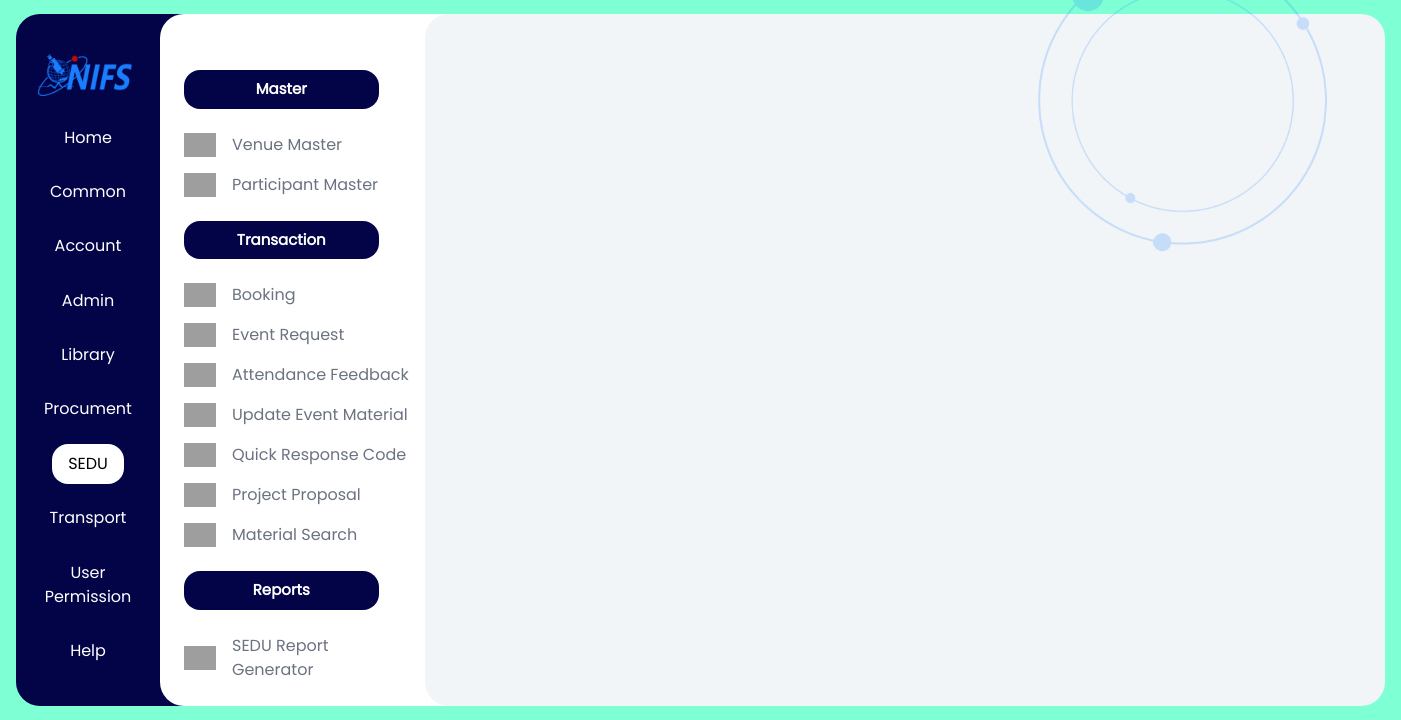
Repository: virangaj/NIFS-WebApp
Page: /sedu (app in client/)
The author's editor kept a copy of each file at every save. The page is drawn from the files as they stood at one save, then again after the next save.
The browser window is 1280 px wide. The page is 1385 px wide, then 1401 px, then 1385 px, so the pictures cover 1401 px, including what lies to the right of the window. The pictures show the whole page.
Pictures or frames that could not be fetched are drawn as grey boxes. The project was rebuilt for these pictures with package versions that can differ from the ones it lists, and the page was loaded fresh each time. Also part of the build but not shown: client/src/pages/Login.tsx, client/src/pages/Home.tsx, client/src/components/Transport/shared/TransportNavbar.js, client/src/pages/TransportMainPage.tsx, client/src/pages/CommonMainPage.tsx, client/src/pages/AccountMainPage.tsx, client/src/pages/AdminMainPage.tsx, client/src/pages/LibraryMainPage.js and 15 more.

Above is the page before, as saved 2022-07-31 00:32:43.

### client/public/index.html
<!DOCTYPE html>
<html lang="en">
	<head>
		<meta charset="utf-8" />
		<link rel="icon" href="nifs_logo.png" />
		<meta name="viewport" content="width=device-width, initial-scale=1" />
		<meta name="theme-color" content="#000000" />
		<meta
			name="description"
			content="Web site created using create-react-app"
		/>
		<link rel="apple-touch-icon" href="%PUBLIC_URL%/logo192.png" />
		<!--
      manifest.json provides metadata used when your web app is installed on a
      user's mobile device or desktop. See https://developers.google.com/web/fundamentals/web-app-manifest/
    -->
		<link rel="manifest" href="%PUBLIC_URL%/manifest.json" />
		<!--
      Notice the use of %PUBLIC_URL% in the tags above.
      It will be replaced with the URL of the `public` folder during the build.
      Only files inside the `public` folder can be referenced from the HTML.

      Unlike "/favicon.ico" or "favicon.ico", "%PUBLIC_URL%/favicon.ico" will
      work correctly both with client-side routing and a non-root public URL.
      Learn how to configure a non-root public URL by running `npm run build`.
    -->
		<link
			href="https://fonts.googleapis.com/css?family=Poppins"
			rel="stylesheet"
		/>
		<title>NIFS Dashboard</title>
	</head>
	<body>
		<noscript>You need to enable JavaScript to run this app.</noscript>
		<div id="root"></div>
		<!--
      This HTML file is a template.
      If you open it directly in the browser, you will see an empty page.

      You can add webfonts, meta tags, or analytics to this file.
      The build step will place the bundled scripts into the <body> tag.

      To begin the development, run `npm start` or `yarn start`.
      To create a production bundle, use `npm run build` or `yarn build`.
    -->
	</body>
</html>

### client/src/index.css
@tailwind base;
@tailwind components;
@tailwind utilities;

* {
  margin: 0;
}

body {
  font-family: 'Poppins';
  -webkit-font-smoothing: antialiased;
  -moz-osx-font-smoothing: grayscale;
  background-color: #dfe7ee;

}

::-webkit-scrollbar {
  display: none;
}


:root {
  --main-navbar-back: #030347;
  --nav-title-section-back: rgba(47, 163, 72, 0.589);
  --white: #fff;
  --black: #000;
  --gray: rgba(68, 68, 68, 0.432);
  --border-radius: 10px;
  --pimary: rgb(10, 94, 133);
  --warning: #ed3d63;
  --secondary-nav-color: rgb(255, 255, 255);
  --body-content-bg: #f2f5f8;
}


.nav-logo {
  width: 100px;
  height: auto;
  margin-bottom: 2vh;
}

a {
  text-decoration: none;
}



/* main navbar */
.main-nav-bg {
  background-color: var(--main-navbar-back) !important;
}

.main-navbar {
  background-color: var(--main-navbar-back) !important;
  width: 100% !important;
  height: 80px !important;

}

/* secondary navbar */

.sec-nav-bg {
  background-color: var(--secondary-nav-color);
}

.secondary-navbar {
  margin: auto;
}

.nav-flex-section {
  display: -webkit-flex;
  display: -ms-flexbox;
  display: flex;
  -webkit-flex-wrap: wrap;
  -ms-flex-wrap: wrap;
  flex-wrap: wrap;
  justify-content: center;
}

.nav-flex-inside {
  margin-left: 5px;
  margin-left: 5px;
}

.nav-title {
  font-size: 15px;
  text-align: center;
  color: var(--white);
  font-weight: 600;

}

.nav-title-section {
  /* border-radius: var(--border-radius);
  background-color: var(--nav-title-section-back);
  box-shadow: rgba(100, 100, 111, 0.2) 0px 7px 29px 0px;
  pointer-events: none;
  margin-left: 10px;
  margin-left: 10px; */
  background-color: var(--main-navbar-back);
}

.nav-icon {
  width: 40px;
}

.nav-link {
  display: flex;
  display: -webkit-flex;
  display: -ms-flexbox;
  flex-direction: column;
  align-items: center;
  font-size: 14px;
  margin-left: 5px;
  margin-right: 5px;
  border: none;
  box-shadow: rgba(100, 100, 111, 0.2) 0px 7px 29px 0px;
  padding: 4px 8px 6px 8px;
  margin-bottom: 10px;
  text-align: center;
  width: 125px;
  border-radius: var(--border-radius);
  background-color: var(--white);
  outline: none;
  min-height: 120px;
}

.nav-link:hover {
  color: var(--pimary);
  cursor: pointer;
  box-shadow: rgba(81, 146, 177, 0.2) 0px 7px 29px 0px;
  background-color: rgb(254, 255, 205);
  border-bottom: 2px solid var(--warning);
}


.nav-link:active {
  color: var(--pimary);
  cursor: pointer;
  box-shadow: rgba(81, 146, 177, 0.2) 0px 7px 29px 0px;
  background-color: rgb(205, 248, 255);
  border-bottom: 2px solid var(--warning);
}

.nav-link-active {
  color: var(--pimary);
  cursor: pointer;
  box-shadow: rgba(81, 146, 177, 0.2) 0px 7px 29px 0px;
  background-color: rgb(205, 248, 255);
  border-bottom: 2px solid var(--warning);
}

/* body content*/
.body-content {
  margin: auto;
  width: 90%;
  margin-top: 12vh;

}

/* main page content */
.main-content {
  width: 90%;
  margin: auto;
  margin-top: 20px;
}

/* sub page content */

.sub-body-content {
  border: 2px solid var(--gray);
  border-radius: var(--border-radius);
  padding: 10px;
}

.sub-body-title {
  font-size: 24px;
}



/* error page */
.error-page {
  border: 2px solid var(--gray);
  border-radius: var(--border-radius);
  height: 50vh;
  width: 50vw;
  margin: auto;
  margin-top: 50px;
}

.error-page-content {
  display: flex;
  flex-direction: column;
  align-items: center;
  text-align: center !important;
  margin-top: 50px;
}

.error-page-content h1 {
  font-size: 100px;
  color: var(--warning);
  font-weight: 700;
  pointer-events: none;

}

.error-page-content p {
  font-size: 20px;
  margin-bottom: 20px;
  pointer-events: none;
}


@media screen and (max-width: 1366px) {
  body {
    background-color: aquamarine;
  }

  .nav-link {
    font-size: 12px;
    padding: 4px 4px 6px 4px;
    width: 100px;
    min-height: 100px;
  }

  .nav-icon {
    width: 35px;
  }
}

### client/src/App.tsx
import React, { useEffect } from 'react';
import Navbar from './components/shared/Navbar';
import Login from './pages/Login'
import { BrowserRouter as Router, Route, Routes } from 'react-router-dom'
import Home from './pages/Home';
import TransportMainPage from './pages/TransportMainPage';
import CommonMainPage from './pages/CommonMainPage';
import AccountMainPage from './pages/AccountMainPage';
import AdminMainPage from './pages/AdminMainPage';
import LibraryMainPage from './pages/LibraryMainPage';
import ProcumentMainPage from './pages/ProcumentMainPage';
import SeduMainPage from './pages/SeduMainPage';
import UserPermissionMainPage from './pages/UserPermissionMainPage';
import NotificationMainPage from './pages/NotificationMainPage';
import HelpMainPage from './pages/HelpMainPage';
import ErrorPage from './pages/ErrorPage';
import VerticalMainNavbar from './components/shared/VerticalMainNavbar';


function App() {


  return (
    <div className='w-[98%] flex mx-auto flex-col h-[100vh]'>
      <Router>
        {/* <Navbar /> */}
        <div>
          <VerticalMainNavbar />
        </div>
        <div className='overflow-y-scroll ml-4 scroll-bar'>
          <Routes>
            <Route path="/login" element={<Login />} />
            <Route path="/" element={<Home />} />
            <Route path="/common/*" element={<CommonMainPage />} />
            <Route path="/account/*" element={<AccountMainPage />} />
            <Route path="/admin/*" element={<AdminMainPage />} />
            <Route path="/library/*" element={<LibraryMainPage />} />
            <Route path="/procument/*" element={<ProcumentMainPage />} />
            <Route path="/sedu/*" element={<SeduMainPage />} />
            <Route path="/transport/*" element={<TransportMainPage />} />
            <Route
              path="/user-permission/*"
              element={<UserPermissionMainPage />}
            />
            <Route
              path="/notification/*"
              element={<NotificationMainPage />}
            />
            <Route path="/help/*" element={<HelpMainPage />} />
            <Route path="/error-404" element={<ErrorPage />} />
          </Routes>
        </div>


      </Router>
    </div>
  );
}

export default App;

### client/src/pages/SeduMainPage.tsx
import React from 'react';
import { Route, Routes } from 'react-router-dom';
import AttendanceFeedback from '../components/sedu/AttendanceFeedback';
import EventRequest from '../components/sedu/EventRequest';
import MaterialSearch from '../components/sedu/MaterialSearch';
import ParticipantMaster from '../components/sedu/ParticipantMaster';
import ProjectProposal from '../components/sedu/ProjectProposal';
import QuickResponseCode from '../components/sedu/QuickResponseCode';
import SeduBooking from '../components/sedu/SeduBooking';
import SeduReportGenerator from '../components/sedu/SeduReportGenerator';
import SeduSecondaryNavbar from '../components/sedu/shared/SeduSecondaryNavbar';
import UpdateEventMaterial from '../components/sedu/UpdateEventMaterial';
import VenueMaster from '../components/sedu/VenueMaster';
import SecondaryNavbar from '../components/shared/SecondaryNavbar';
import Pages from '../components/data/SeduNavData.json'
import VerticalSecondaryNavbar from '../components/shared/VerticalSecondaryNavbar';

import Dots from '../images/dots_circle_b.png'




// sedu main page where all other section of sedu department can be access from here
function SeduMainPage() {
	// console.log(Pages);


	return (

		<div >
			{/* <SeduSecondaryNavbar /> */}
			{/* <SecondaryNavbar pages={Pages} /> */}
			{/* <div className="main-content"> */}
			<div className='secondary-nav-position'>
				<VerticalSecondaryNavbar pages={Pages} />
			</div>

			<div className='absolute left-[425px] top-[2vh] bg-body-content-bg w-[75vw] h-[96vh] rounded-3xl overflow-y-scroll'>
				<div className='fixed w-[400px] top-[-100px] right-[-100px]'>
					<img src={Dots} alt="Dots" />
				</div>
				<Routes>
					<Route path="/venue-master" element={<VenueMaster />} />
					<Route path="/participant-master" element={<ParticipantMaster />} />
					<Route path="/booking" element={<SeduBooking />} />
					<Route path="/event-request" element={<EventRequest />} />
					<Route path="/attendance-feedback" element={<AttendanceFeedback />} />
					<Route path="/update-material" element={<UpdateEventMaterial />} />
					<Route path="/quick-response" element={<QuickResponseCode />} />
					<Route path="/project-proposal" element={<ProjectProposal />} />
					<Route path="/material-search" element={<MaterialSearch />} />
					<Route path="/report-generator" element={<SeduReportGenerator />} />

				</Routes>
			</div>
		</div >);
}

export default SeduMainPage;

### client/src/components/shared/VerticalMainNavbar.tsx
import { Button } from '@mui/material'
import React from 'react'
import { Link, useLocation } from 'react-router-dom'
import Pages from '../data/MainNavPages.json'
import { HiMenuAlt2 } from "react-icons/hi";
import Logo from '../../images/nifs_logo.png'


function VerticalMainNavbar() {

    const location: any = useLocation();

    return (
        <>
            <div className='fixed left-0 w-48 top-[2vh] main-nav-bg ml-4 rounded-l-3xl'>
                <div className='h-[96vh] w-36 flex flex-col items-center py-10 px-2'>
                    <Link to='/'>
                        <img src={Logo} alt="logo" className="nav-logo" />
                    </Link>
                    {Pages.map((page, index) => (
                        location.pathname.split('/')[1] === page.link.split('/')[1] ?
                            <Link to={page.link} style={{ textDecoration: 'none' }} key={index}>
                                <button className='bg-white my-[1vh] px-4 py-2 rounded-2xl text-black'>
                                    {page.title}
                                </button>
                            </Link>
                            :
                            <Link to={page.link} style={{ textDecoration: 'none' }} key={index}>
                                <button className='my-[1vh] px-4 py-2 rounded-2xl text-white'>

                                    {page.title}
                                </button>
                            </Link>
                    ))}
                </div>
            </div>
            {/* <div className='fixed left-0 w-24 top-[2vh] visible md:invisible main-nav-bg ml-2 rounded-l-3xl'>
                <div className='h-[96vh] w-20 flex flex-col items-center py-10 px-2'>
                    <p className='text-white text-2xl cursor-pointer'>

                        <HiMenuAlt2 />
                    </p>


                </div>
            </div> */}
        </>
    )
}

export default VerticalMainNavbar

### client/src/components/shared/VerticalSecondaryNavbar.tsx
import React from 'react'
import Box from '@mui/material/Box';
import { Link, useLocation } from 'react-router-dom';
import Employees from '../data/Employee.json';

function VerticalSecondaryNavbar(props: any) {
    console.log(props.pages)
    const location = useLocation();
    const user = Employees[0];
    // const isAdmin: Boolean = user.deparment.toUpperCase() === location.pathname.split('/')[1].toUpperCase() && user.admin === true;
    const isAdmin: Boolean = true;

    console.log(isAdmin)
    const pages: any = props.pages;
    return (
        <div className='fixed left-0 w-72 top-[2vh] sec-nav-bg ml-40 rounded-l-3xl'>
            <div className='h-[96vh] w-[90%] flex flex-col items-start ml-4 py-10 px-2'>

                {pages.map((content: any, index: number) =>
                    <>
                        <div className='my-4 w-[80%] py-2 px-4 rounded-2xl nav-title-section'>
                            <p className='nav-title'>{content.section}</p>
                        </div>
                        {content.routes.map((page: any, i: number) => (
                            isAdmin ? <Link to={page.link} key={i}>
                                <div className='flex items-center'>
                                    <img src={page.img} alt={page.title} className='w-8' />
                                    <button className={location.pathname === page.link ? 'px-4 py-2 rounded-2xl text-black font-semibold text-left hover:text-blue-500 hover:font-semibold' : 'text-gray-500 px-4 py-2 text-left hover:text-blue-500 hover:font-semibold'}>{page.title}</button>
                                </div>
                            </Link> : (!page.only_admin ? <Link to={page.link} key={i}>
                                <div className='flex items-center'>
                                    <img src={page.img} alt={page.title} className='w-8' />
                                    <button className={location.pathname === page.link ? 'px-4 py-2 rounded-2xl text-black font-semibold text-left hover:text-blue-500 hover:font-semibold' : 'text-gray-500 px-4 py-2 text-left hover:text-blue-500 hover:font-semibold'}>{page.title}</button>
                                </div>
                            </Link> : "")
                        ))}
                    </>

                )}

            </div>

        </div>
    )
}

export default VerticalSecondaryNavbar

### client/src/components/data/SeduNavData.json
[
    {
        "section": "Master",
        "only_admin": false,
        "routes": [
            {
                "title": "Venue Master",
                "link": "/sedu/venue-master",
                "img": "https://img.icons8.com/fluency/50/000000/home.png",
                "only_admin": false
            },
            {
                "title": "Participant Master",
                "link": "/sedu/participant-master",
                "img": "https://img.icons8.com/fluency/50/000000/conference-foreground-selected.png",
                "only_admin": false
            }
        ]
    },
    {
        "section": "Transaction",
        "only_admin": false,
        "routes": [
            {
                "title": "Booking",
                "link": "/sedu/booking",
                "img": "https://img.icons8.com/fluency/50/000000/calendar-plus.png",
                "only_admin": false
            },
            {
                "title": "Event Request",
                "link": "/sedu/event-request",
                "img": "https://img.icons8.com/fluency/50/000000/invite.png",
                "only_admin": false
            },
            {
                "title": "Attendance Feedback",
                "link": "/sedu/attendance-feedback",
                "img": "https://img.icons8.com/fluency/50/000000/feedback-hub.png",
                "only_admin": false
            },
            {
                "title": " Update Event Material",
                "link": "/sedu/update-material",
                "img": "https://img.icons8.com/fluency/50/000000/available-updates.png",
                "only_admin": false
            },
            {
                "title": "Quick Response Code",
                "link": "/sedu/quick-response",
                "img": "https://img.icons8.com/fluency/50/000000/barcode-scanner.png",
                "only_admin": false
            },
            {
                "title": "Project Proposal",
                "link": "/sedu/project-proposal",
                "img": "https://img.icons8.com/fluency/50/000000/documents.png",
                "only_admin": false
            },
            {
                "title": "Material Search",
                "link": "/sedu/material-search",
                "img": "https://img.icons8.com/fluency/50/000000/search.png",
                "only_admin": false
            }
        ]
    },
    {
        "section": "Reports",
        "only_admin": true,
        "routes": [
            {
                "title": "SEDU Report Generator",
                "link": "/sedu/report-generator",
                "img": "https://img.icons8.com/cute-clipart/50/000000/load-from-file.png",
                "only_admin": true
            }
        ]
    }
]

### client/src/components/data/MainNavPages.json
[
    {
        "id": 0,
        "title": "Home",
        "link": "/"
    },
    {
        "id": 1,
        "title": "Common",
        "link": "/common"
    },
    {
        "id": 2,
        "title": "Account",
        "link": "/account"
    },
    {
        "id": 3,
        "title": "Admin",
        "link": "/admin"
    },
    {
        "id": 4,
        "title": "Library",
        "link": "/library"
    },
    {
        "id": 5,
        "title": "Procument",
        "link": "/procument"
    },
    {
        "id": 6,
        "title": "SEDU",
        "link": "/sedu"
    },
    {
        "id": 7,
        "title": "Transport",
        "link": "/transport"
    },
    {
        "id": 8,
        "title": "User Permission",
        "link": "/user-permission"
    },
    {
        "id": 10,
        "title": "Help",
        "link": "/help"
    }
]

### client/src/components/data/Employee.json
[
    {
        "id": 0,
        "value": "Mr. Kamal",
        "admin": true,
        "deparment": "Transpoort"
    },
    {
        "id": 1,
        "value": "Mr. Sunil",
        "admin": true,
        "deparment": "SEDU"
    },
    {
        "id": 2,
        "value": "Mr. Kusal",
        "admin": false,
        "deparment": "Transpoort"
    },
    {
        "id": 3,
        "value": "Mrs. Nayana",
        "admin": false,
        "deparment": "SEDU"
    },
    {
        "id": 4,
        "value": "Miss Rashmi",
        "admin": false,
        "deparment": "Transpoort"
    }
]

### client/tailwind.config.js
/** @type {import('tailwindcss').Config} */
module.exports = {
	content: ['./src/**/*.{js,jsx,ts,tsx}'],
	theme: {
		extend: {
			colors: {
				'body-content-bg': 'var(--body-content-bg)',
			},
		},
	},
	plugins: [],
};

Loaded but not shown: client/src/index.tsx (common file); client/src/reportWebVitals.ts (common file)

After the next save:
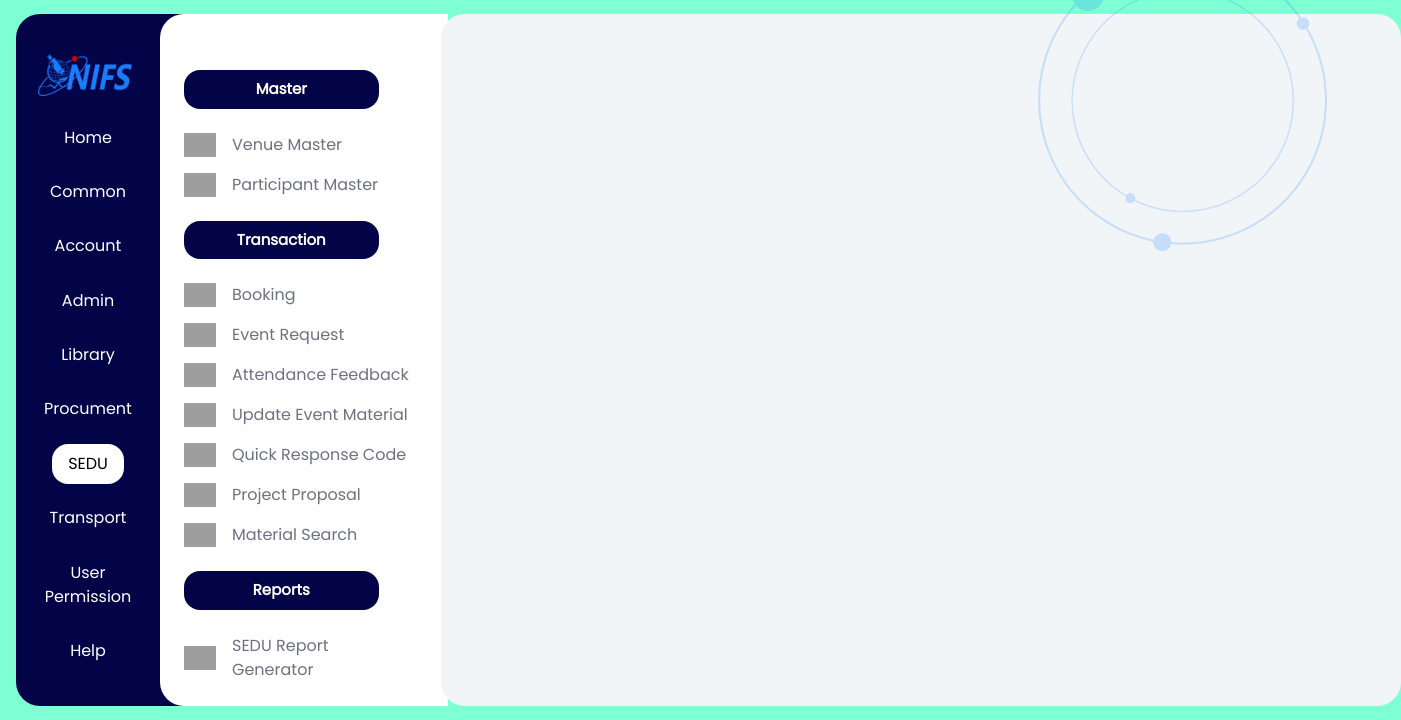
Saved 15 s later.
--- a/client/src/pages/SeduMainPage.tsx
+++ b/client/src/pages/SeduMainPage.tsx
@@ -35,7 +35,7 @@
 				<VerticalSecondaryNavbar pages={Pages} />
 			</div>
 
-			<div className='absolute left-[425px] top-[2vh] bg-body-content-bg w-[75vw] h-[96vh] rounded-3xl overflow-y-scroll'>
+			<div className='absolute left-[425px] top-[2vh] bg-body-content-bg w-[75vw] h-[96vh] rounded-3xl overflow-y-scroll ml-4'>
 				<div className='fixed w-[400px] top-[-100px] right-[-100px]'>
 					<img src={Dots} alt="Dots" />
 				</div>

After the save that followed:
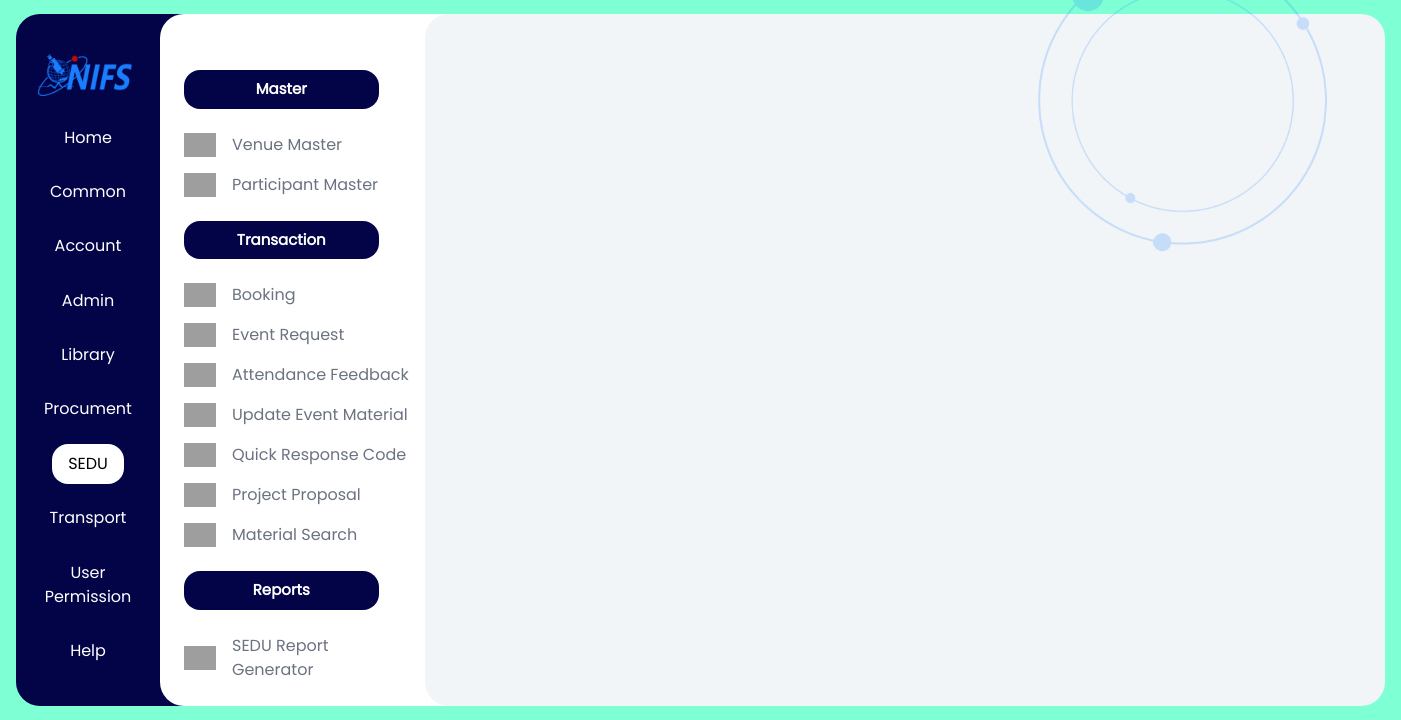
Saved 6 s later.
--- a/client/src/pages/SeduMainPage.tsx
+++ b/client/src/pages/SeduMainPage.tsx
@@ -35,7 +35,7 @@
 				<VerticalSecondaryNavbar pages={Pages} />
 			</div>
 
-			<div className='absolute left-[425px] top-[2vh] bg-body-content-bg w-[75vw] h-[96vh] rounded-3xl overflow-y-scroll ml-4'>
+			<div className='absolute left-[425px] top-[2vh] bg-body-content-bg w-[75vw] h-[96vh] rounded-3xl overflow-y-scroll pl-4'>
 				<div className='fixed w-[400px] top-[-100px] right-[-100px]'>
 					<img src={Dots} alt="Dots" />
 				</div>
